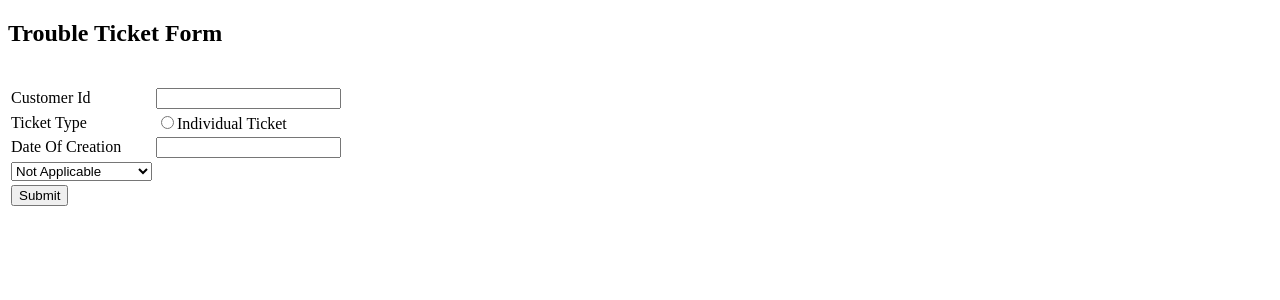
Repository: ApoorvaVeluri/JavaProject
Page: http://localhost/userinterface/Input.jsp
An editor plug-in stored every save of this project. The page is shown before and after the next save, followed by the edit.
The browser window is 1280 px wide. The pictures show the whole page.
The page is served by Tomcat 9. Other server files are loaded and not shown.

Above is the page before, as saved 2015-08-20 10:52:04.

### html/userinterface/WebContent/Input.jsp
<%@ page language="java" contentType="text/html; charset=ISO-8859-1"
	pageEncoding="ISO-8859-1"%>
<!DOCTYPE html PUBLIC "-//W3C//DTD HTML 4.01 Transitional//EN" "http://www.w3.org/TR/html4/loose.dtd">
<html>
<head>
<meta http-equiv="Content-Type" content="text/html; charset=ISO-8859-1">
<title>Insert title here</title>
</head>
<body>
	<h2>Trouble Ticket Form</h2>
	<form method="POST" action="">
		<table>
		<div align="center"><br></div>
			<tr>
				<td>Customer Id</td>
				<td><input type="text" name="customerid" /></td>
			</tr>

			<tr>
				<td>Ticket Type</td>
				<td><input type="radio" name="index" value="ticket_type" />Individual Ticket</td>

			</tr>

			<tr>
				<td>Date Of Creation</td>
				<td><input type="text" name="Date" /></td>
			</tr>

			<tr>
				<td><select name="Disposition Id">
				<	<option value="Not Applicable">Not Applicable</option>
					<option value="Technician Dispatch">Technician Dispatch</option>
					<option value="Device Dispatch">Device Dispatch</option>

				</select>
				</td>
			</tr>
			<tr>
				<td colspan="2"><input type="submit" value="Submit" /></td>
			</tr>
			</div>
		</table>
	</form>
</body>
</html>

After the next save:
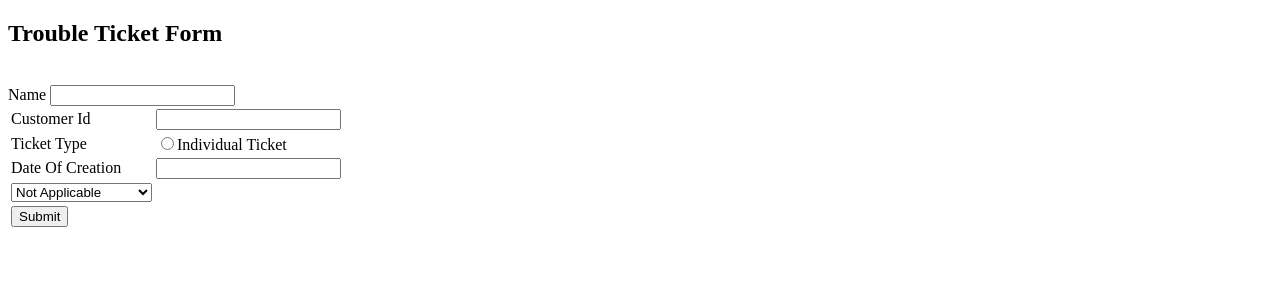
Saved 108 s later.
--- a/html/userinterface/WebContent/Input.jsp
+++ b/html/userinterface/WebContent/Input.jsp
@@ -10,7 +10,11 @@
 	<h2>Trouble Ticket Form</h2>
 	<form method="POST" action="">
 		<table>
-		<div align="center"><br></div>
+			<div align="center">
+				<br>
+			</div>
+			<label> Name <input id="name" name="name" type="text" />
+			</label>
 			<tr>
 				<td>Customer Id</td>
 				<td><input type="text" name="customerid" /></td>
@@ -18,7 +22,8 @@
 
 			<tr>
 				<td>Ticket Type</td>
-				<td><input type="radio" name="index" value="ticket_type" />Individual Ticket</td>
+				<td><input type="radio" name="index" value="ticket_type" />Individual
+					Ticket</td>
 
 			</tr>
 
@@ -28,13 +33,12 @@
 			</tr>
 
 			<tr>
-				<td><select name="Disposition Id">
-				<	<option value="Not Applicable">Not Applicable</option>
-					<option value="Technician Dispatch">Technician Dispatch</option>
-					<option value="Device Dispatch">Device Dispatch</option>
+				<td><select name="Disposition Id"> <
+						<option value="Not Applicable">Not Applicable</option>
+						<option value="Technician Dispatch">Technician Dispatch</option>
+						<option value="Device Dispatch">Device Dispatch</option>
 
-				</select>
-				</td>
+				</select></td>
 			</tr>
 			<tr>
 				<td colspan="2"><input type="submit" value="Submit" /></td>
